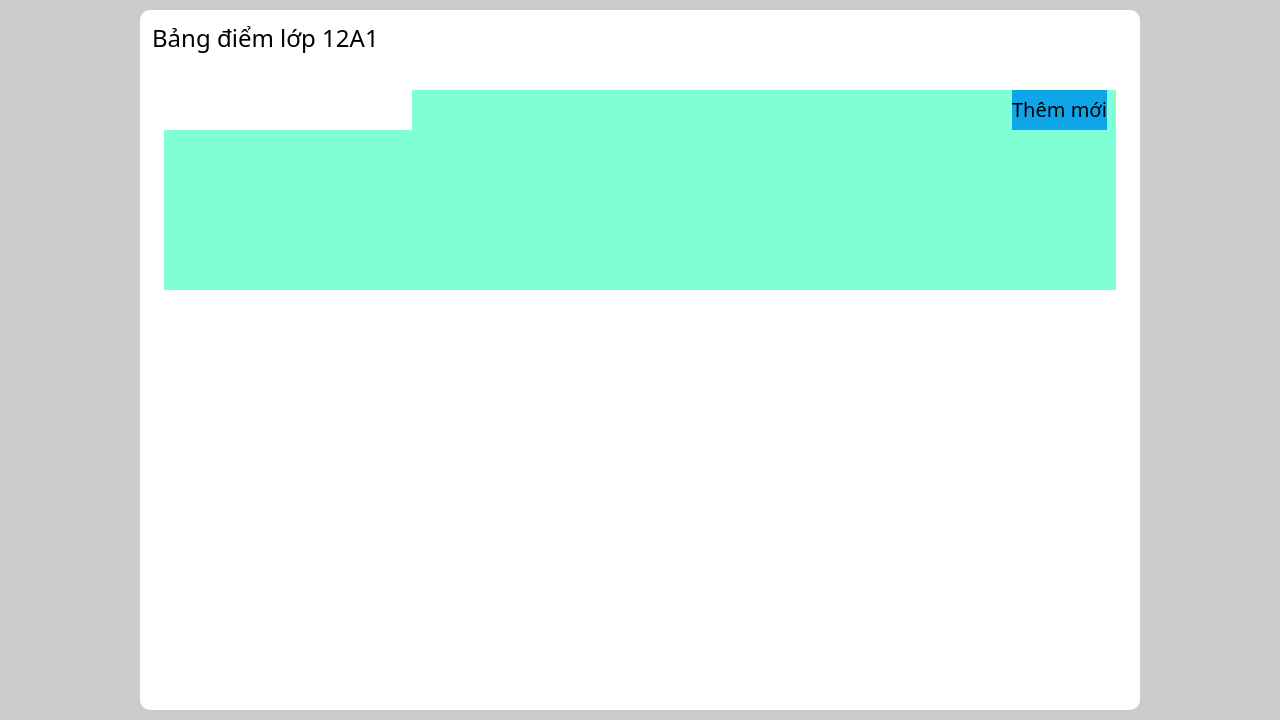
Repository: doducthuan/ReactJS-Movie
Page: /
The author's editor kept a copy of each file at every save. The page is drawn from the files as they stood at one save, then again after the next save.
The browser window is 1280 px wide. The pictures show the whole page.
The project was rebuilt for these pictures with package versions that can differ from the ones it lists, and the page was loaded fresh each time. Also part of the build but not shown: src/App.css.

Above is the page before, as saved 2024-01-13 05:55:59.

After the next save:
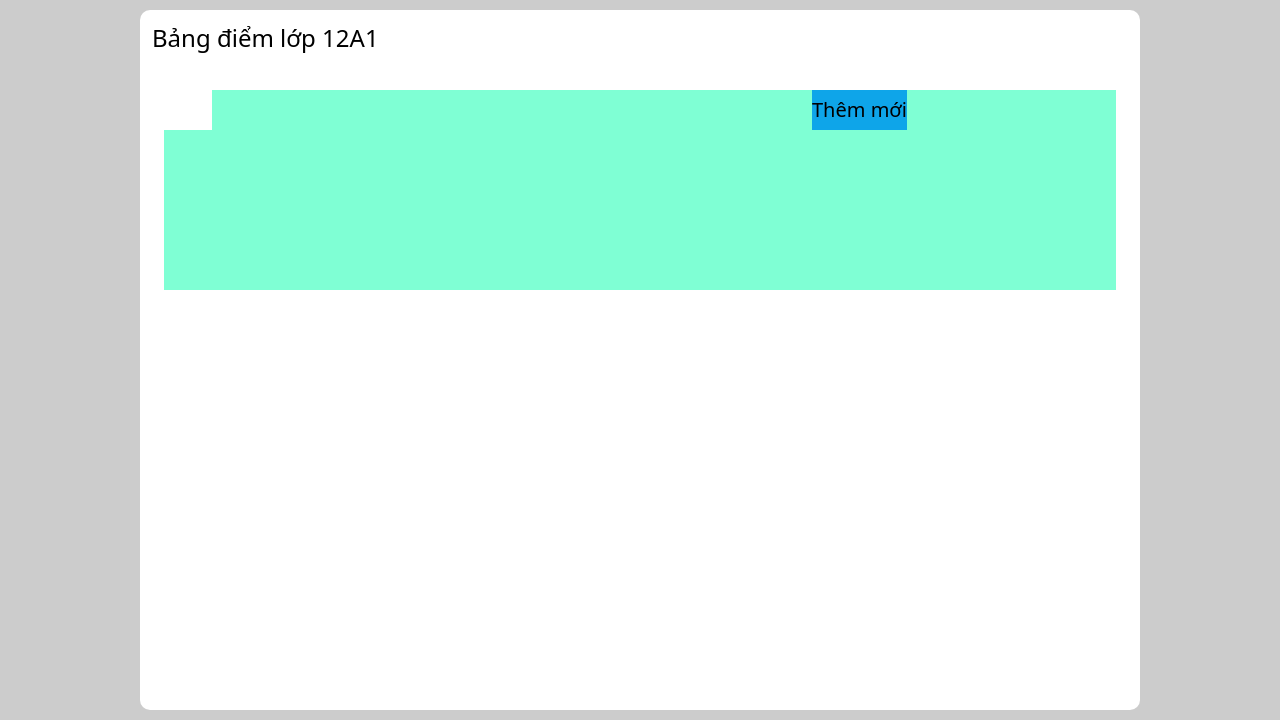
Saved 44 s later.
--- a/src/components/students/Students.js
+++ b/src/components/students/Students.js
@@ -6,7 +6,7 @@ const Students = () => {
             <div className="border-data">
                 <p className="font-sans text-2xl ml-3 mt-3">Bảng điểm lớp 12A1</p>
                 <div className="search-add mt-9 ml-6 mr-6 flex">
-                    <input className="search-all h-10"/>
+                    <input className="search-all w-12 h-10"/>
                     <button className="font-sans text-xl bg-sky-500 h-10">Thêm mới</button>
                 </div>
             </div>
